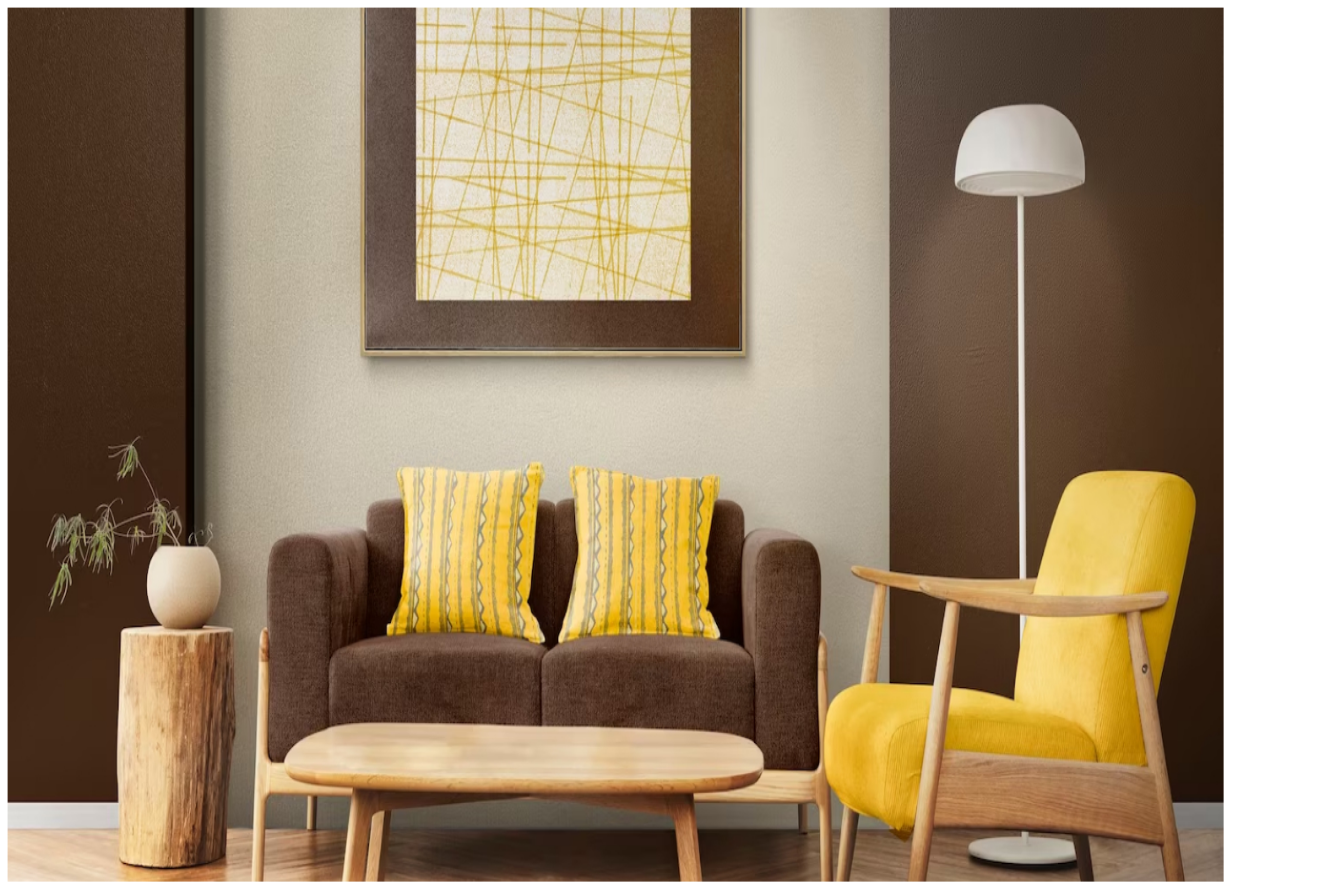
Repository: nikita120402/next13-deploy
Page: /
These files come from the project's save history. The page is drawn as it stood at one moment and after the next save; the edit follows.
The browser window is 1280 px wide. The page is 1288 px wide, then 1388 px, so the pictures cover 1388 px, including what lies to the right of the window. The pictures show the whole page, at 95% of full size.
The project was rebuilt for these pictures with package versions that can differ from the ones it lists, and the page was loaded fresh each time. The framework's server and built-in components were replaced by stand-ins that run in the browser. Also part of the build but not shown: next.config.js, src/app/globals.css.

Above is the page before, as saved 2023-08-01 19:18:59.

### src/app/page.tsx
import Image from 'next/image'

export default function Page() {
  return (
          <Image
      src="/../public/image/Rectangle 25.jpg"
      alt="Picture"
      width={1280}
      height={920}
          />
  )
}

Loaded but not shown: src/app/layout.tsx (common file)

After the next save:
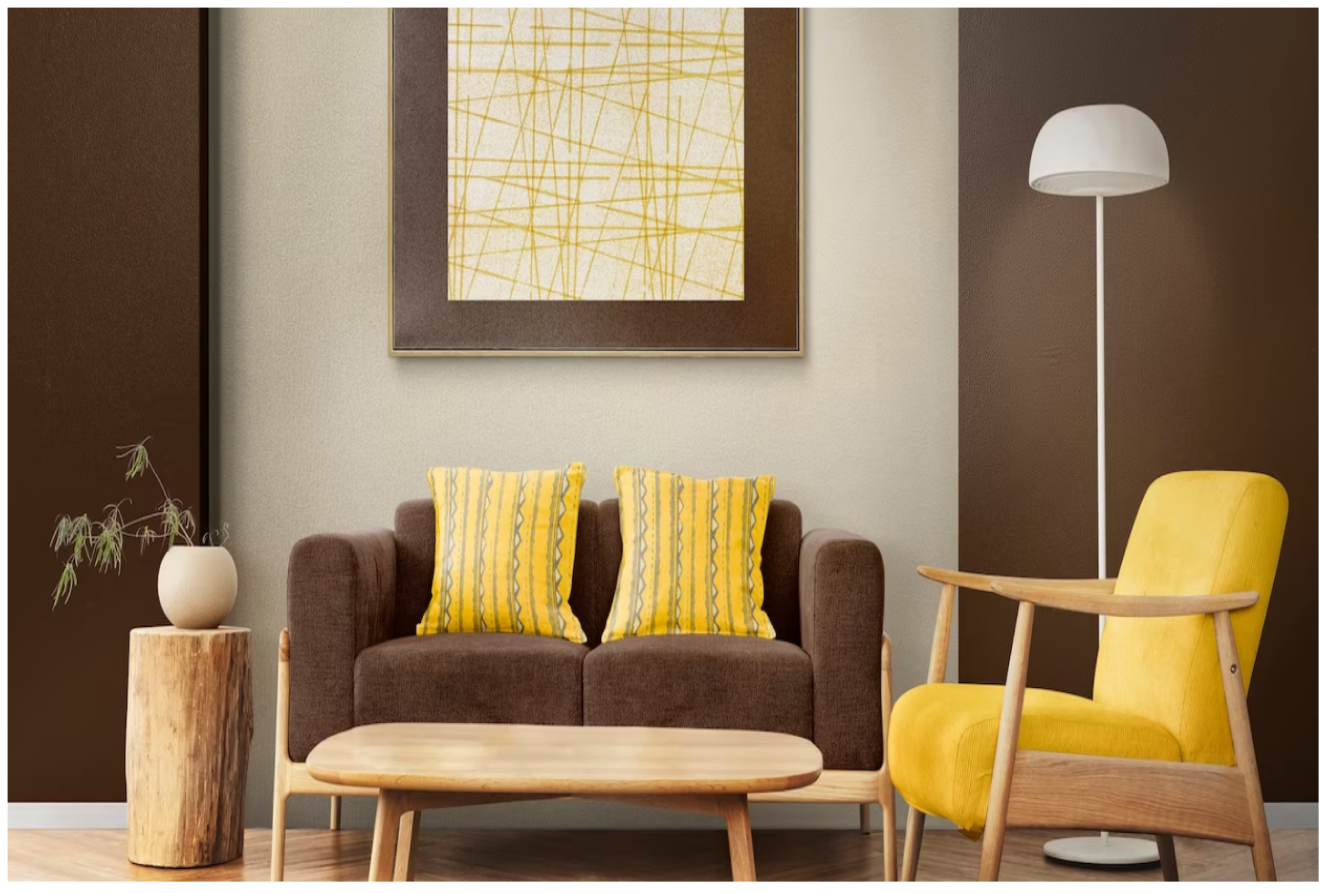
Saved 10 s later.
--- a/src/app/page.tsx
+++ b/src/app/page.tsx
@@ -5,7 +5,7 @@ export default function Page() {
           <Image
       src="/../public/image/Rectangle 25.jpg"
       alt="Picture"
-      width={1280}
+      width={1380}
       height={920}
           />
   )
